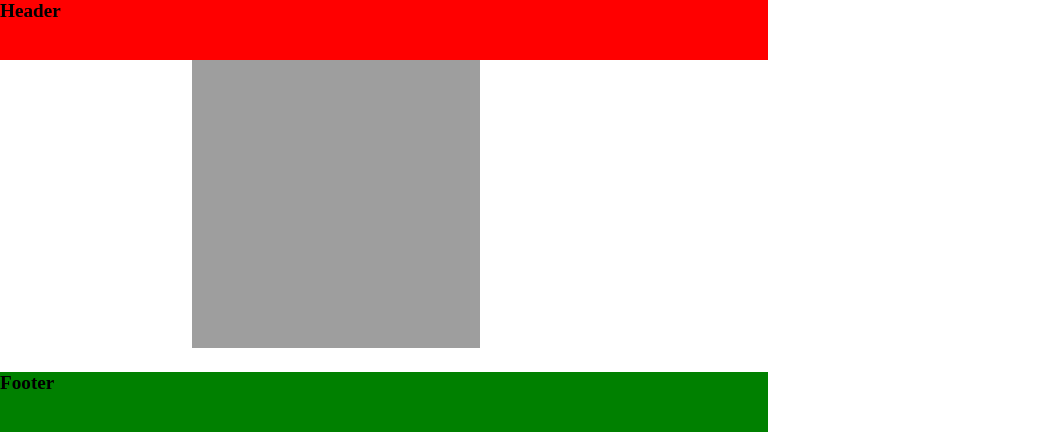
Repository: jameswilky/chess
Page: index.html
An editor plug-in stored every save of this project. The page is shown before and after the next save, followed by the edit.
The browser window is 1280 px wide. The page is 1280 px wide, then 1760 px, so the pictures cover 1760 px, including what lies to the right of the window. The pictures show the whole page, at 60% of full size.

Above is the page before, as saved 2018-11-21 20:33:57.

### index.html
<!DOCTYPE html>
<html>

<head>
    <meta charset="utf-8" />
    <title>Chess</title>
    <link href="style.css" rel="stylesheet">
</head>

<body>

    <div class="wrapper">
        <header>
            <h1>Header</h1>

        </header>
    </div>
    <div class="game">
        <canvas id="board"></canvas>
        <canvas id="markers"></canvas>
        <canvas id="chessmen_layer"></canvas>
    </div>
    <footer>
        <h1>Footer</h1>
    </footer>
    </div>





</body>

<script src="board.js"></script>
<script src="chessmen.js"></script>
<script src="mouse.js"></script>
<script src="game.js"></script>

</html>

### style.css
* {
  padding: 0;
  margin: 0;
}

.game{
  position: absolute;
  height: 480px;
  width: 480px;
  grid-area: game;
  top:100px;
  bottom:100px;
  overflow: hidden;
  left: 25%;
}

#board {
  left : 0; z-index:0; position: absolute;
}

#markers {
  left : 0; z-index:0; position: absolute;
}

#chessmen_layer {
 left : 0; z-index:1; position: absolute;
}

header{
  position: absolute;
  background-color: red;
  top:0;
  right: 0;
  left: 0;
  height: 100px;
}

footer{
  position: absolute;
  right: 0;
  left: 0;
  background-color: green;
  height: 100px;
  bottom: 0;
}

### board.js
//Define globals
const WIDTH = 480;
const HEIGHT = 480;
const N = 8;
const TILE_SIZE = HEIGHT / N; // 60

//Define board canvas
const board = document.getElementById("board");
const board_ctx = board.getContext("2d");
board.height = HEIGHT;
board.width = WIDTH;
let primary_color = "#a87e2b";
let secondary_color = "#ffdf9e";

//Define marker layer
const markers = document.getElementById("markers");
const markers_ctx = markers.getContext("2d");
markers.height = HEIGHT;
markers.width = WIDTH;

//Define chessmen layer
const chessmen_layer = document.getElementById("chessmen_layer");
const chessmen_ctx = chessmen_layer.getContext("2d");
chessmen_layer.height = HEIGHT;
chessmen_layer.width = WIDTH;

//Used for drawing
function drawRect(ctx, x, y, color) {
  ctx.beginPath();
  ctx.rect(x, y, TILE_SIZE, TILE_SIZE);
  ctx.fillStyle = color;
  ctx.fill();
  ctx.closePath();
}

function initialize_board() {
  // Initialize graphical and logical board
  let i, j, x, y = 0;
  let prev_color;
  for (i = 0; i < N; i++) {
    y = TILE_SIZE * i;
    if (i % 2 == 0) { //If even, start with a black grid
      prev_color = secondary_color;
    }
    else { //If odd, start with a #ffcf7c grid
      prev_color = primary_color;
    }
    for (j = 0; j < N; j++) {
      x = TILE_SIZE * j;

      if (prev_color == primary_color) { //If last block black, make this block #ffcf7c
        prev_color = secondary_color;
      }
      else if (prev_color == secondary_color) { //If last block #ffcf7c, make this block black
        prev_color = primary_color;
      }
      drawRect(board_ctx, x, y, prev_color);

    }
  }
}

### chessmen.js
let chessmen = []; // Hold living chest piece objects

// Populate list of current chess pieces
function init_chessmen(items) {
  for (let id = 0; id < items.length; id++) {
    chessmen[id] = new Chessman(id, items[id].type, items[id].row, items[id].col, items[id].faction);
    chessmen[id].render(chessmen_ctx);
  }
}

//Chest piece constructor
function Chessman(id, type, row, col, faction) {
  this.name = type + "_" + faction + "_" + id;
  this.id = id;
  this.type = type;
  this.position = {
    logical: { col: col, row: row },
    graphical: { //calculate position of chest piece
      x: (col * TILE_SIZE), y: (row * TILE_SIZE)
    }
  }
  this.faction = faction;
  this.sprite = "/images/" + type + "_" + faction + ".png";
  this.options = []; // holds objects containing possible locations to move
  this.render = function () {
    //Draws the chest piece
    let img = new Image();
    let x = this.position.graphical.x;
    let y = this.position.graphical.y;
    console.log(x, y)

    img.onload = function () {
      //Loads when img.src is called
      chessmen_ctx.beginPath();
      chessmen_ctx.drawImage(img, x, y);
      chessmen_ctx.closePath();
    }
    img.src = this.sprite;
  }
  this.derender = function () {
    chessmen_ctx.beginPath();
    chessmen_ctx.clearRect(this.position.graphical.x, this.position.graphical.y, TILE_SIZE, TILE_SIZE);
    chessmen_ctx.closePath();
  }
  this.calculate_movement_options = function () {
    //This function is used to determine the coordinates of each possible move for a selected tile
    this.options = []; //clear last options
    let j = 0;
    let i = 0; //used to iterate through list of options
    //console.log(type, faction, row, col)
    let r = this.position.logical.row;
    let c = this.position.logical.col;

    let options = this.options;

    function check_tile(row, col, diag, isPawn) {
      //diag is an optional variable for pawn sideways movement logic
      diag = diag || false;
      isPawn = isPawn || false;

      //Checks the status of the board to see if the chessman can move to selected tile

      let option = {}; //edited, used to hold {faction:faction}
      //Check tile does not exceed bounds of the board
      if (row > 7 || row < 0 || col > 7 || col < 0) {
        return false;
      }

      //Check if target tile contains a chessman of same faction
      let isFriendly = false;
      let isEnemy = false;

      chessmen.forEach(chessman => {
        if (chessman.position.logical.row == row && chessman.position.logical.col == col) { //Check if position is occupied
          if (chessman.faction == faction) {
            isFriendly = true;
          }
          else { //tile is occupied by enemy
            isEnemy = true;
          }
          option.contains = chessman;
        }
      })

      //pawn logic
      if (diag && isEnemy) {
        option.row = row;
        option.col = col;
        options[i] = option;
        i++;
      }
      if (diag && !isEnemy) {
        return
      }

      //if tile does not contain friendly chessmen, or if its an enemy create new option
      if (!isFriendly || isEnemy) {
        option.row = row;
        option.col = col;
        options[i] = option;
        i++;
      }
      return isFriendly || isEnemy;

    }

    if (this.type == "pawn") {
      if (this.faction == "black") {
        check_tile(r + 1, c);//south
        check_tile(r + 1, c + 1, true) // south East
        check_tile(r + 1, c - 1, true) //south West
        if (this.nMoves == 0) {
          check_tile(r + 2, c); //Extra move on first turn
        }
      }
      if (this.faction == "white") {
        check_tile(r - 1, c); //north
        check_tile(r - 1, c + 1, true) // North East
        check_tile(r - 1, c - 1, true) //North West
        if (this.nMoves == 0) {
          check_tile(r - 2, c); //Extra move on first turn
        }
      }
    }
    if (this.type == "rook") {
      for (j = 0; j < N; j++) {// South
        if (check_tile(r + j + 1, c) == true) break
      }
      for (j = 0; j < N; j++) {// East
        if (check_tile(r, c + j + 1) == true) break
      }
      for (j = 0; j < N; j++) {// North
        if (check_tile(r - j - 1, c) == true) break
      }
      for (j = 0; j < N; j++) {// West
        if (check_tile(r, c - j - 1) == true) break
      }
    }
    if (this.type == "bishop") {
      for (j = 0; j < N; j++) { // South East
        if (check_tile(r + 1 + j, c + 1 + j) == true) break
      }
      for (j = 0; j < N; j++) { // South West
        if (check_tile(r + 1 + j, c - 1 - j) == true) break
      }
      for (j = 0; j < N; j++) { // North East
        if (check_tile(r - 1 - j, c + 1 + j) == true) break
      }
      for (j = 0; j < N; j++) { // North west
        if (check_tile(r - 1 - j, c - 1 - j) == true) break
      }
    }
    if (this.type == "queen") {
      for (j = 0; j < N; j++) { // South East
        if (check_tile(r + 1 + j, c + 1 + j) == true) break
      }
      for (j = 0; j < N; j++) { // South West
        if (check_tile(r + 1 + j, c - 1 - j) == true) break
      }
      for (j = 0; j < N; j++) { // North East
        if (check_tile(r - 1 - j, c + 1 + j) == true) break
      }
      for (j = 0; j < N; j++) { // North west
        if (check_tile(r - 1 - j, c - 1 - j) == true) break
      }
      for (j = 0; j < N; j++) {// South
        if (check_tile(r + j + 1, c) == true) break
      }
      for (j = 0; j < N; j++) {// East
        if (check_tile(r, c + j + 1) == true) break
      }
      for (j = 0; j < N; j++) {// North
        if (check_tile(r - j - 1, c) == true) break
      }
      for (j = 0; j < N; j++) {// West
        if (check_tile(r, c - j - 1) == true) break
      }
    }
    if (this.type == "king") {
      check_tile(r + 1, c + 1) //South East
      check_tile(r + 1, c - 1) //South West
      check_tile(r - 1, c + 1) // North East
      check_tile(r - 1, c - 1) //North West
      check_tile(r + 1, c) //south
      check_tile(r, c + 1) //east
      check_tile(r - 1, c) //north
      check_tile(r, c - 1) //west

    }
    if (this.type == "knight") {
      // Check each tile in clockwise order
      check_tile(r - 2, c + 1)
      check_tile(r - 1, c + 2)
      check_tile(r + 1, c + 2)
      check_tile(r + 2, c + 1)
      check_tile(r + 2, c - 1)
      check_tile(r + 1, c - 2)
      check_tile(r - 1, c - 2)
      check_tile(r - 2, c - 1)
    }

    //return array of options containing locations to highlight

  }
  this.show_movement_options = function () {
    this.options.forEach(option => {
      //Represent each available movement option with a highlighted tile
      drawRect(markers_ctx, (option.col * TILE_SIZE), (option.row * TILE_SIZE), "#635e55");
    })
  }
  this.hover = false;
  this.isKing = false;
  if (this.type == "king") {
    this.isKing = true;
  }

  this.nMoves = 0;
  this.points;
  if (this.type == "king") {
    this.points = 10;
  }
  if (this.type == "queen") {
    this.points = 9;
  }
  if (this.type == "bishop") {
    this.points = 3;
  }
  if (this.type == "knight") {
    this.points = 3;
  }
  if (this.type == "rook") {
    this.points = 5;
  }
  if (this.type == "pawn") {
    this.points = 1;
  }

  //Update graphical and logical position
  this.moveTo = function (col, row) {


    function moveIsValid(r1, r2, c1, c2, options) {
      let valid = false;

      if ((r1 == r2) && (c1 == c2)) {
        // if logical position is the same, no move was made
        valid = false;
      }
      options.forEach(option => {
        if (option.row == r2 && option.col == c2) {
          //todo check faction
          valid = true;
        }
      })
      return valid
    }

    if (moveIsValid(this.position.logical.row, row, this.position.logical.col, col, this.options)) {
      //If valid, Check if enemy chessman has been killed
      //check if desination contains an enemy
      let target = chessmen.find(chessman => {
        return (chessman.position.logical.row == row && chessman.position.logical.col == col)
      })

      // then render at new position and update logical position
      //console.log("Changed position of", chessman, "from row:", chessman.position.logical.row, " col:", chessman.position.logical.col, " to row:", row, "col:", col)

      this.derender(); //De render previous position
      this.position.logical.col = col;
      this.position.logical.row = row;
      this.position.graphical.x = this.position.logical.col * TILE_SIZE;
      this.position.graphical.y = this.position.logical.row * TILE_SIZE;
      this.derender(); //remove any chess pieces
      this.render();

      //If destination contains emeny, remove it from list of active chessmen
      if (target) {
        chessmen.splice(chessmen.indexOf(target), 1);
      }

      this.nMoves++; //used to testing if pawn is moved
      // // trigger movement event
      let event = new CustomEvent('moved');
      document.dispatchEvent(event);
    }
    else {
      //re-render original position
      this.render();
    }
  }
}

// Update location of chest pieces
function render_markers() {
  //Clear all markers
  markers_ctx.clearRect(0, 0, HEIGHT, WIDTH);

  //find chessman that matches mouse location and show movement markers
  chessmen.forEach(chessman => {
    if (chessman.hover == true) {
      chessman.show_movement_options();
    }
  });


}

### mouse.js
let dragging = false;
let selector = document.createElement("img");
;

selector.ondragstart = function () {
  return false;
};

//Compare two row/col coordinates
function coordsMatch(coord, piece) {
  let xmin = piece.x;
  let xmax = piece.x + TILE_SIZE;

  let ymin = piece.y;
  let ymax = piece.y + TILE_SIZE;

  if (
    (coord.x >= xmin) &&
    (coord.x < xmax) &&
    (coord.y >= ymin) &&
    (coord.y < ymax)
  ) {
    return true
  }
}

//Listen for when we hover over a chest piece, then draw the movement options
chessmen_layer.addEventListener('mousemove', (e) => {
  if (dragging == false) {
    let pos = {
      x: e.clientX,
      y: e.clientY
    };
    //Check all chessmen and check if clicked location matches a chessman location
    chessmen.forEach(chessman => {
      if (coordsMatch(pos, chessman.position.graphical)) {
        //If true, select that chessman
        chessman.hover = true;
      }
      else {
        //Otherwise, that chessman was not selected
        chessman.hover = false;
      }
    })
    render_markers();
  }
})

//Click and drag chessmen
chessmen_layer.addEventListener('mousedown', (e) => {

  dragging = true; //stop markers rendering while dragging pieces
  let pos = {
    x: e.clientX,
    y: e.clientY
  }
  //Check all chessmen and check if clicked location matches a chessman location
  chessmen.forEach(chessman => {
    if (coordsMatch(pos, chessman.position.graphical)) {
      if (chessman.faction == "black") {
        dragging = false;
        return
      }
      //If true, derender chessman from chessman_layer, and redraw on selector layer
      chessman.derender();

      //draw selector
      selector.style.position = 'absolute';
      selector.src = chessman.sprite;
      selector.id = 'selector';
      document.body.append(selector);

      //center selector at mouse locaiton
      moveAt(pos.x, pos.y);

      function moveAt(x, y) {
        selector.style.left = x - TILE_SIZE / 2 + 'px';
        selector.style.top = y - TILE_SIZE / 2 + 'px';
      }

      function onMouseMove(moveEvent) {
        moveAt(moveEvent.clientX, moveEvent.clientY);
      }

      // selector will follow mouse on movement
      document.addEventListener('mousemove', onMouseMove);


      // drop the selector, remove unneeded handlers
      chessmen_layer.onmouseup = function (upevent) {
        document.removeEventListener('mousemove', onMouseMove);

        //clear selector
        selector.src = ""
        // console.log("before", document.getElementById('selector'))
        // document.body.removeChild(document.getElementById('selector'))
        // console.log("after", document.getElementById('selector'))

        //convert mouse pos to a row/col logical value
        let dest = {
          x: Math.trunc(upevent.clientX / TILE_SIZE),
          y: Math.trunc(upevent.clientY / TILE_SIZE)
        }

        //console.log("Event 1")
        dragging = false; // allow marker rendering to continue
        chessmen_layer.onmouseup = null;
        //Update chessman logical location and snap to grid
        chessman.moveTo(dest.x, dest.y)
      };
    }
  })
})

### game.js
//Initialize default locations
let default_locations = [
  { tile: 0, type: "rook", row: 0, col: 0, faction: "black" },
  { tile: 1, type: "knight", row: 0, col: 1, faction: "black" },
  { tile: 2, type: "bishop", row: 0, col: 2, faction: "black" },
  { tile: 3, type: "king", row: 0, col: 3, faction: "black" },
  { tile: 4, type: "queen", row: 0, col: 4, faction: "black" },
  { tile: 5, type: "bishop", row: 0, col: 5, faction: "black" },
  { tile: 6, type: "knight", row: 0, col: 6, faction: "black" },
  { tile: 7, type: "rook", row: 0, col: 7, faction: "black" },
  { tile: 8, type: "pawn", row: 1, col: 0, faction: "black" },
  { tile: 9, type: "pawn", row: 1, col: 1, faction: "black" },
  { tile: 10, type: "pawn", row: 1, col: 2, faction: "black" },
  { tile: 11, type: "pawn", row: 1, col: 3, faction: "black" },
  { tile: 12, type: "pawn", row: 1, col: 4, faction: "black" },
  { tile: 13, type: "pawn", row: 1, col: 5, faction: "black" },
  { tile: 14, type: "pawn", row: 1, col: 6, faction: "black" },
  { tile: 15, type: "pawn", row: 1, col: 7, faction: "black" },

  { tile: 48, type: "pawn", row: 6, col: 0, faction: "white" },
  { tile: 49, type: "pawn", row: 6, col: 1, faction: "white" },
  { tile: 50, type: "pawn", row: 6, col: 2, faction: "white" },
  { tile: 51, type: "pawn", row: 6, col: 3, faction: "white" },
  { tile: 52, type: "pawn", row: 6, col: 4, faction: "white" },
  { tile: 53, type: "pawn", row: 6, col: 5, faction: "white" },
  { tile: 54, type: "pawn", row: 6, col: 6, faction: "white" },
  { tile: 55, type: "pawn", row: 6, col: 7, faction: "white" },
  { tile: 56, type: "rook", row: 7, col: 0, faction: "white" },
  { tile: 57, type: "knight", row: 7, col: 1, faction: "white" },
  { tile: 58, type: "bishop", row: 7, col: 2, faction: "white" },
  { tile: 59, type: "king", row: 7, col: 3, faction: "white" },
  { tile: 60, type: "queen", row: 7, col: 4, faction: "white" },
  { tile: 61, type: "bishop", row: 7, col: 5, faction: "white" },
  { tile: 62, type: "knight", row: 7, col: 6, faction: "white" },
  { tile: 63, type: "rook", row: 7, col: 7, faction: "white" },

]

let turn = 0;
let IsWhiteTurn = false;
let IsBlackTurn = false;
let game = true;
let AIOptions = [];


function set_turn() {
  if (turn % 2 == 0) {
    IsWhiteTurn = true;
    IsBlackTurn = false;
    //console.log("White players turn")
  }
  else {
    IsBlackTurn = true;
    IsWhiteTurn = false;
    //console.log("Black players turn")
  }
  turn += 1;
}

function determineAIOptions() {
  let AIOptions = [];
  let i = 0;
  chessmen.forEach(chessman => {
    if (chessman.faction == 'black') {
      chessman.options.forEach(option => {
        let AIOption = {}; //dereference object
        AIOption.row = option.row;
        AIOption.col = option.col;
        if (option.contains) {
          AIOption.points = option.contains.points;
        }
        AIOption.chessman = chessman;
        AIOptions[i] = AIOption;
        i++;
      })
    }
  })
  return AIOptions;

}

function AIMove(options) {
  let max = 0;
  let choice = {};
  options.forEach(option => {
    if (option.points) {
      if (option.points > max) {
        max = option.points;
        choice = option;
      }
    }
  })
  if (max == 0) {
    choice = options[Math.floor(Math.random() * options.length)];  //Return a random choice
  }
  choice.chessman.moveTo(choice.col, choice.row)
  //calculate AI
}


//Set up board
initialize_board();
init_chessmen(default_locations);
chessmen.forEach(chessman => {
  chessman.calculate_movement_options();
})
set_turn();
function checkKing() {
  let kings = chessmen.filter(chessman => chessman.isKing == true)
  if (kings.length == 1) {
    alert(kings[0].faction + " Wins!!!")
  }
}

// Listen for movement
document.addEventListener('moved', function (event) {
  //check if king died last turn;
  checkKing();
  set_turn();
  //Calculate new movement positiifons
  chessmen.forEach(chessman => {
    chessman.calculate_movement_options();
  })

  if (IsBlackTurn) {
    //Run black turn AI
    chessmen.forEach(chessman => {
      chessman.calculate_movement_options(); //assign new options
    })
    AIOptions = determineAIOptions();
    AIMove(AIOptions);
  }
}, false);

After the next save:
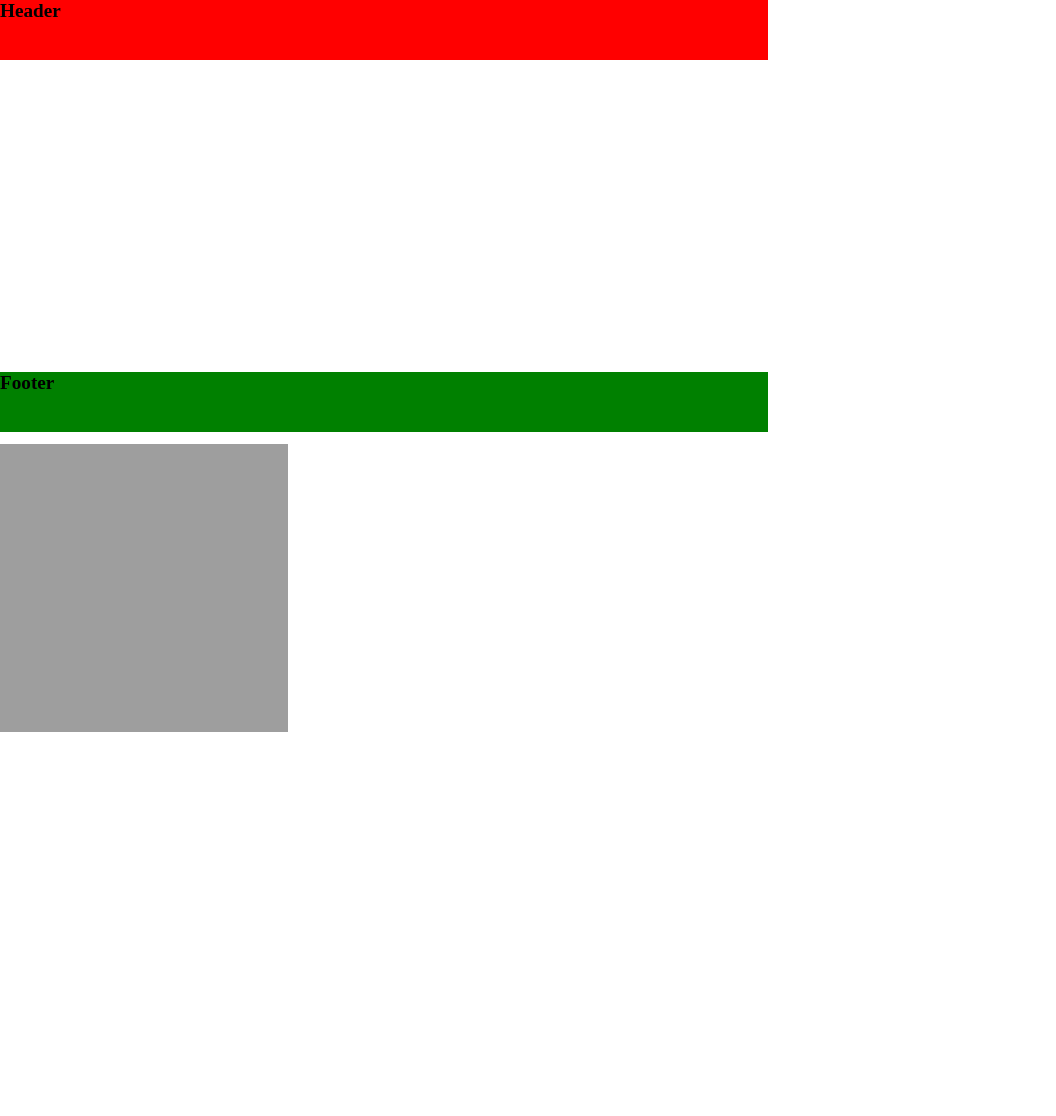
Saved 11 s later.
--- a/style.css
+++ b/style.css
@@ -11,7 +11,7 @@
   top:100px;
   bottom:100px;
   overflow: hidden;
-  left: 25%;
+  padding: 50%;
 }
 
 #board {
